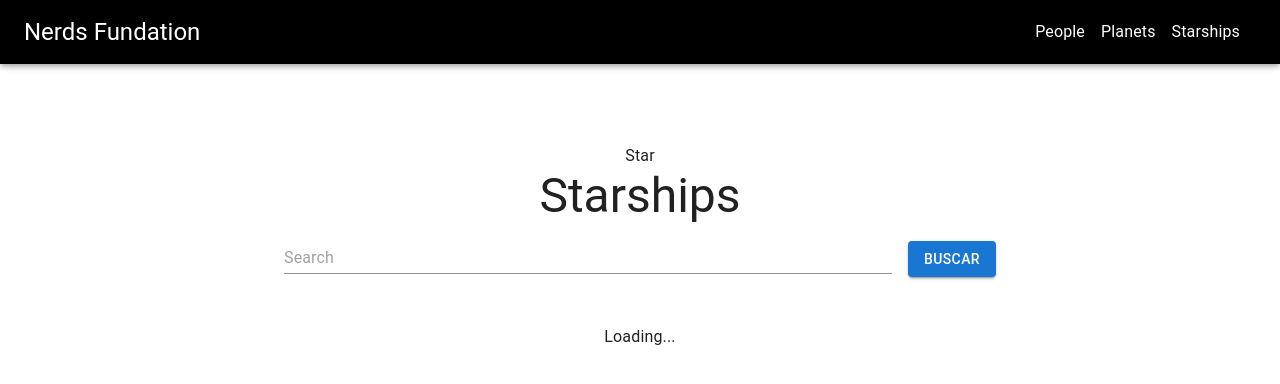
Repository: marianozamora/lisit-challenge
Page: /planets
These files come from the project's save history. The page is drawn as it stood at one moment and after the next save; the edit follows.
The browser window is 1280 px wide. The pictures show the whole page.
The page's requests for data from a server got no answer. The project was rebuilt for these pictures with package versions that can differ from the ones it lists, and the page was loaded fresh each time. Some packages were replaced by stand-ins written for this rebuild. No one was signed in, and anything a server would have sent is missing. Also part of the build but not shown: vite.config.ts, src/components/Pagination.tsx, src/components/Card.tsx, src/App.tsx, src/components/Starship.tsx, src/components/DetailPeople.tsx, src/components/DetailStarship.tsx, src/components/ErrorPage.tsx.

Above is the page before, as saved 2023-05-11 04:55:27.

After the next save:
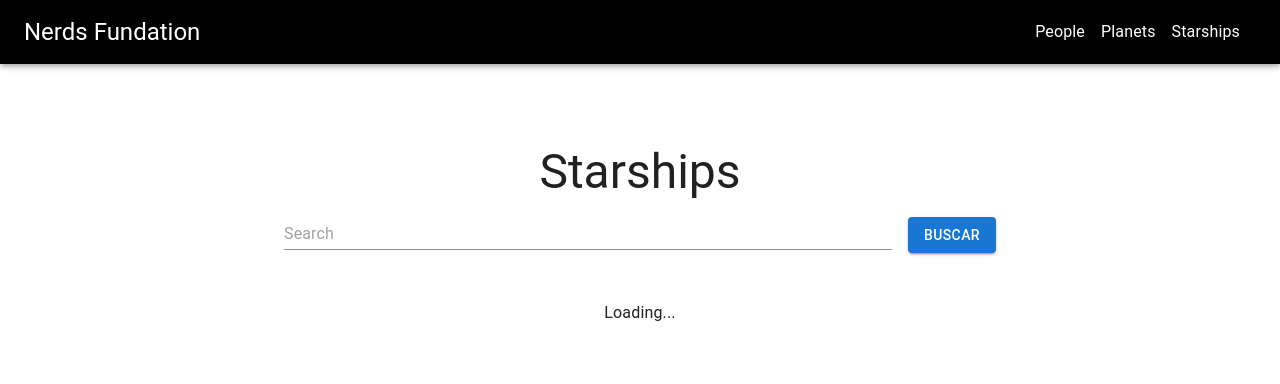
Saved 3 min 21 s later.
--- a/src/components/Planets.tsx
+++ b/src/components/Planets.tsx
@@ -3,7 +3,6 @@ import ListHOC from "../ListHOC"
 export default function People() {
     return (
         <div>
-            <h1>Star</h1>
             <ListHOC
                 url='https://swapi.dev/api/starships/'
                 title='Starships'
